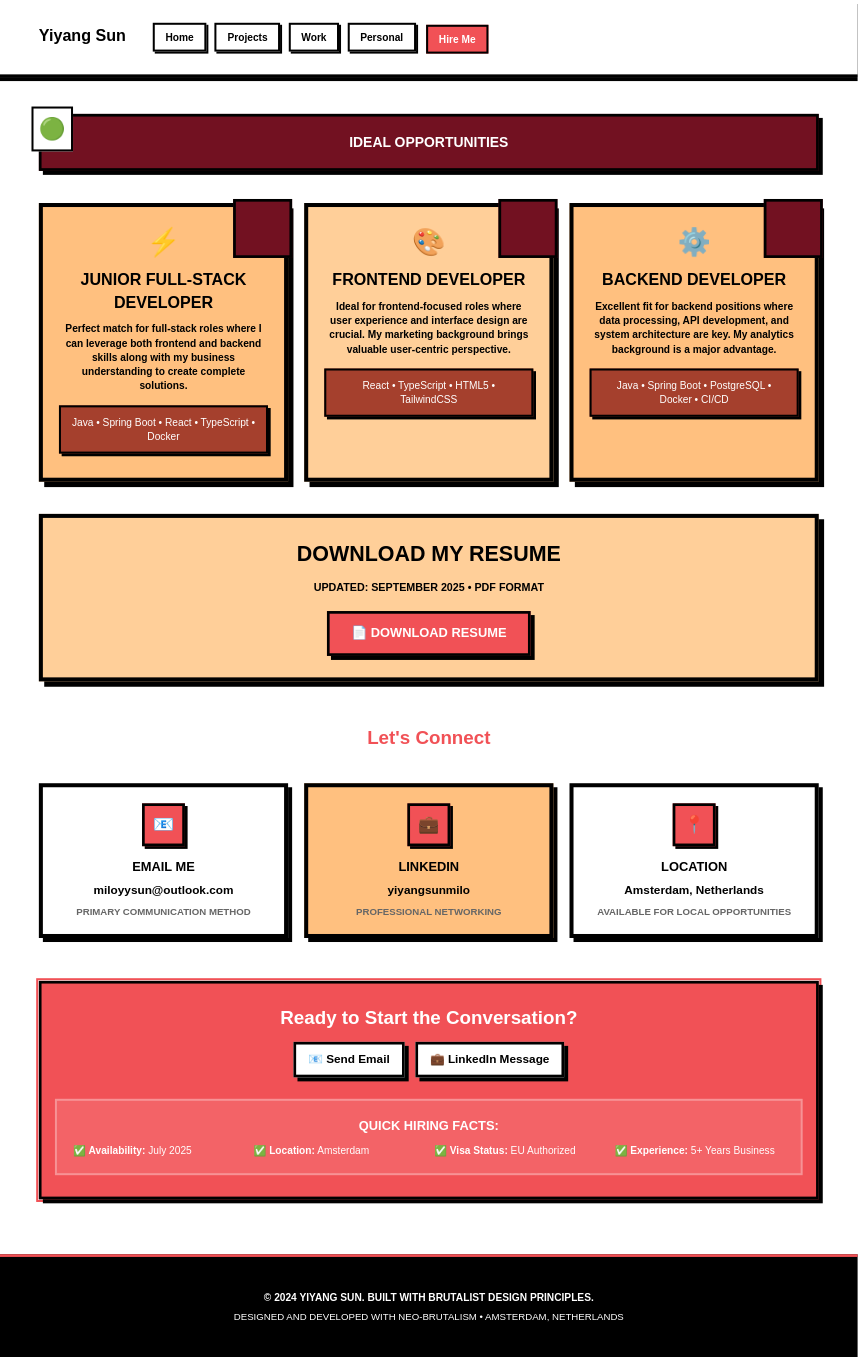
Repository: miloyiyangsun/yiyangsun.github.io
Page: .superdesign/design_iterations/yiyang_hireme_v2.html
The author's editor kept a copy of each file at every save. The page is drawn from the files as they stood at one save, then again after the next save.
The browser window is 1280 px wide. The pictures show the whole page, at 67% of full size.

Above is the page before, as saved 2025-09-03 17:25:59.

After the next save:
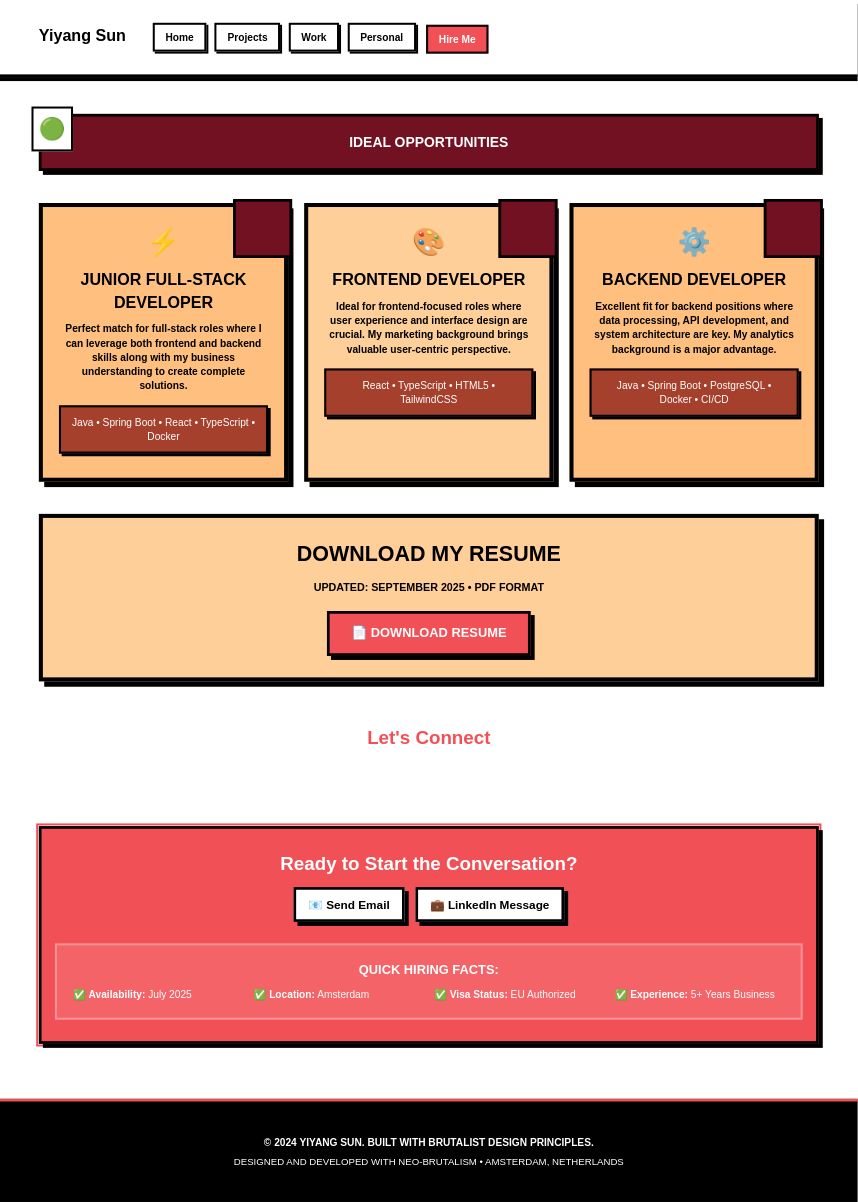
Saved 64 s later.
--- a/.superdesign/design_iterations/yiyang_hireme_v2.html
+++ b/.superdesign/design_iterations/yiyang_hireme_v2.html
@@ -475,7 +475,7 @@ Email Me Today
             <h2 class="title-large brutalist-text-center" style="margin: 64px 0 32px 0;">Let's Connect</h2>
 
             <div class="contact-grid">
-                <div class="contact-card">
+                <!-- <div class="contact-card">
                     <div class="contact-icon">📧</div>
                     <div class="contact-title">Email Me</div>
                     <div class="contact-info">miloyysun@outlook.com</div>
@@ -494,7 +494,7 @@ Email Me Today
                     <div class="contact-title">Location</div>
                     <div class="contact-info">Amsterdam, Netherlands</div>
                     <div class="contact-description">Available for Local Opportunities</div>
-                </div>
+                </div> -->
             </div>
         </section>
 
